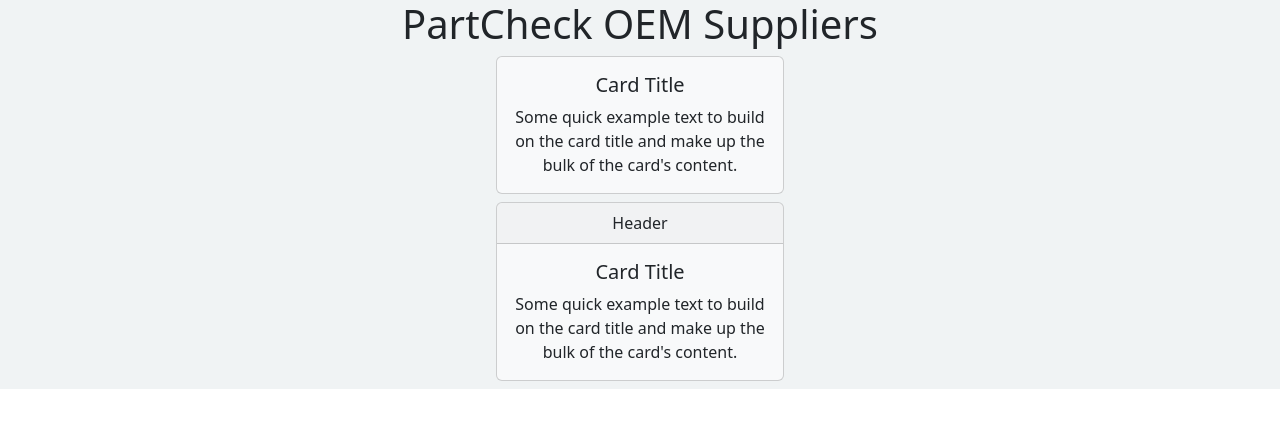
Repository: trungna4699/coding_challenge
Page: /
These files come from the project's save history. The page is drawn as it stood at one moment and after the next save; the edit follows.
The browser window is 1280 px wide. The pictures show the whole page.
The project was rebuilt for these pictures with package versions that can differ from the ones it lists, and the page was loaded fresh each time.

Above is the page before, as saved 2022-09-01 16:18:32.

### src/index.css
body {
  margin: 0;
  background-color: #F0F3F4;
  font-family: -apple-system, BlinkMacSystemFont, 'Segoe UI', 'Roboto', 'Oxygen',
    'Ubuntu', 'Cantarell', 'Fira Sans', 'Droid Sans', 'Helvetica Neue',
    sans-serif;
  -webkit-font-smoothing: antialiased;
  -moz-osx-font-smoothing: grayscale;
}

code {
  font-family: source-code-pro, Menlo, Monaco, Consolas, 'Courier New',
    monospace;
}

### src/App.js
import './App.css';
import 'bootstrap/dist/css/bootstrap.min.css';

import Card from 'react-bootstrap/Card';
import Col from 'react-bootstrap/Col';
import Row from 'react-bootstrap/Row';

function App() {
  return (
    <div className="App">
      <h1>PartCheck OEM Suppliers</h1>

      <div className='listContainer'>
        <Card
          bg={"light"}
          // key={variant}
          text={"dark"}
          style={{ width: '18rem' }}
          className="mb-2"
        >
          <Card.Body>
            <Card.Title>Card Title </Card.Title>
            <Card.Text>
              Some quick example text to build on the card title and make up the
              bulk of the card's content.
            </Card.Text>
          </Card.Body>
        </Card>

        <Card
          bg={"light"}
          // key={variant}
          text={"dark"}
          style={{ width: '18rem' }}
          className="mb-2"
        >
          <Card.Header>Header</Card.Header>
          <Card.Body>
            <Card.Title>Card Title </Card.Title>
            <Card.Text>
              Some quick example text to build on the card title and make up the
              bulk of the card's content.
            </Card.Text>
          </Card.Body>
        </Card>

      </div>


    </div>
  );
}

export default App;

### src/App.css
.App {
  background-color: #F0F3F4;
  text-align: center;
}

.listContainer {
  display: flex;
  flex-direction: column;
  align-items: center;
}









/* Default Settings */
.App-logo {
  height: 40vmin;
  pointer-events: none;
}

@media (prefers-reduced-motion: no-preference) {
  .App-logo {
    animation: App-logo-spin infinite 20s linear;
  }
}

.App-header {
  background-color: #282c34;
  min-height: 100vh;
  display: flex;
  flex-direction: column;
  align-items: center;
  justify-content: center;
  font-size: calc(10px + 2vmin);
  color: white;
}

.App-link {
  color: #61dafb;
}

@keyframes App-logo-spin {
  from {
    transform: rotate(0deg);
  }
  to {
    transform: rotate(360deg);
  }
}

Loaded but not shown: public/index.html (common file); src/index.js (common file); src/reportWebVitals.js (common file)

After the next save:
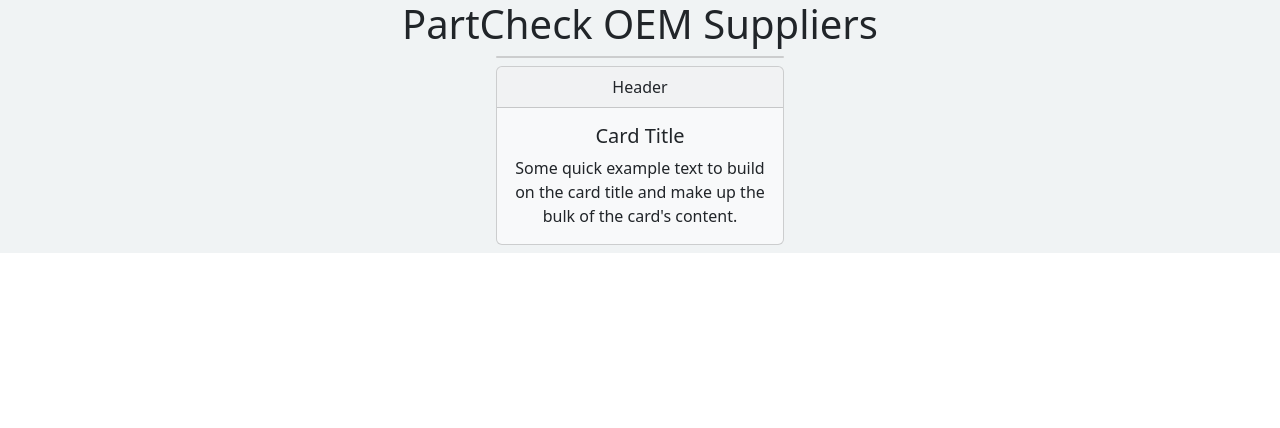
Saved 2 min 1 s later.
--- a/src/App.js
+++ b/src/App.js
@@ -18,13 +18,9 @@
           style={{ width: '18rem' }}
           className="mb-2"
         >
-          <Card.Body>
-            <Card.Title>Card Title </Card.Title>
-            <Card.Text>
-              Some quick example text to build on the card title and make up the
-              bulk of the card's content.
-            </Card.Text>
-          </Card.Body>
+          <div classname="supplierItems">
+
+          </div>
         </Card>
 
         <Card
